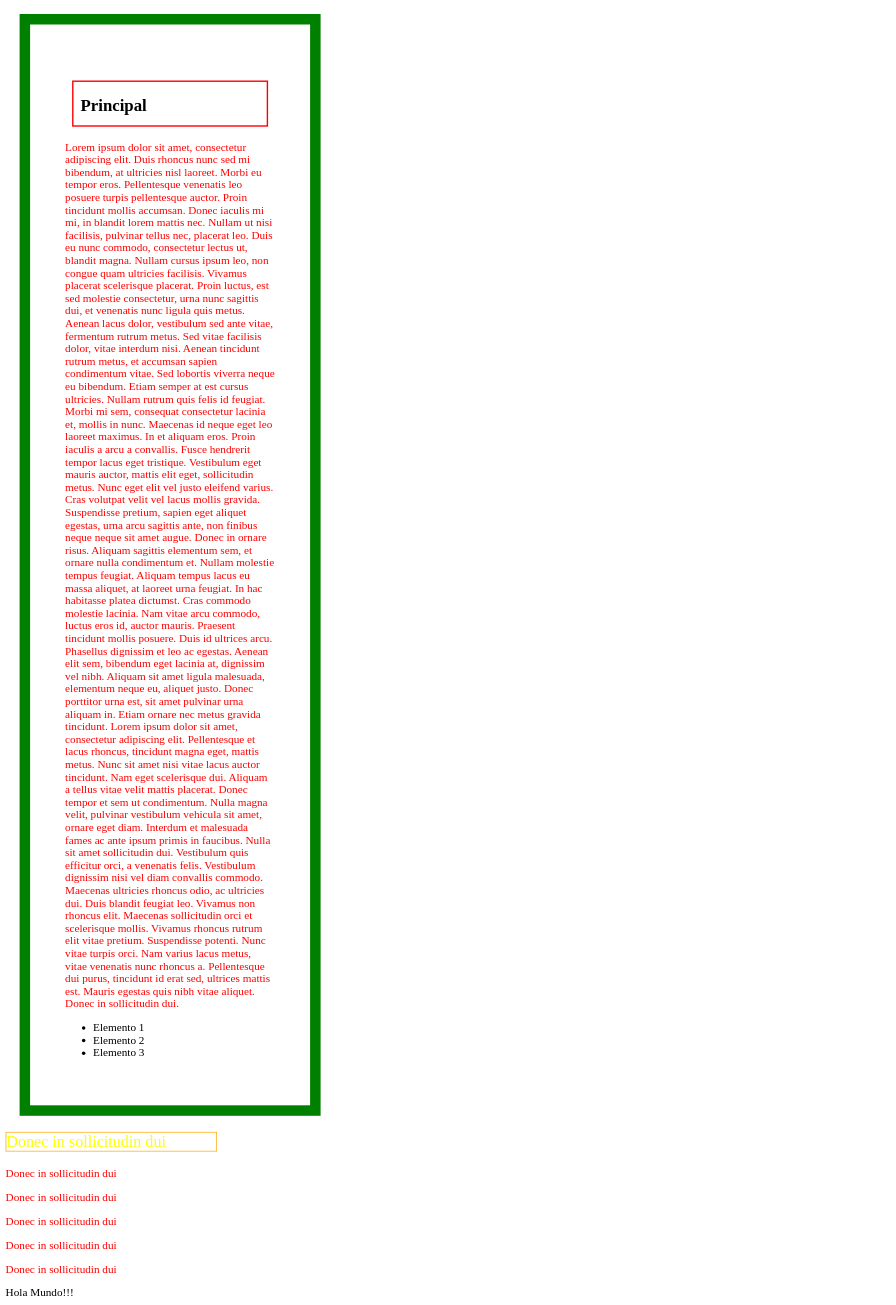
Repository: PabloSebastianPorto/Entrega-CV-1-ARG-PROG
Page: css.html
These files come from the project's save history. The page is drawn as it stood at one moment and after the next save; the edit follows.
The browser window is 1280 px wide. The pictures show the whole page, at 70% of full size.

Above is the page before, as saved 2023-01-18 10:32:33.

After the next save:
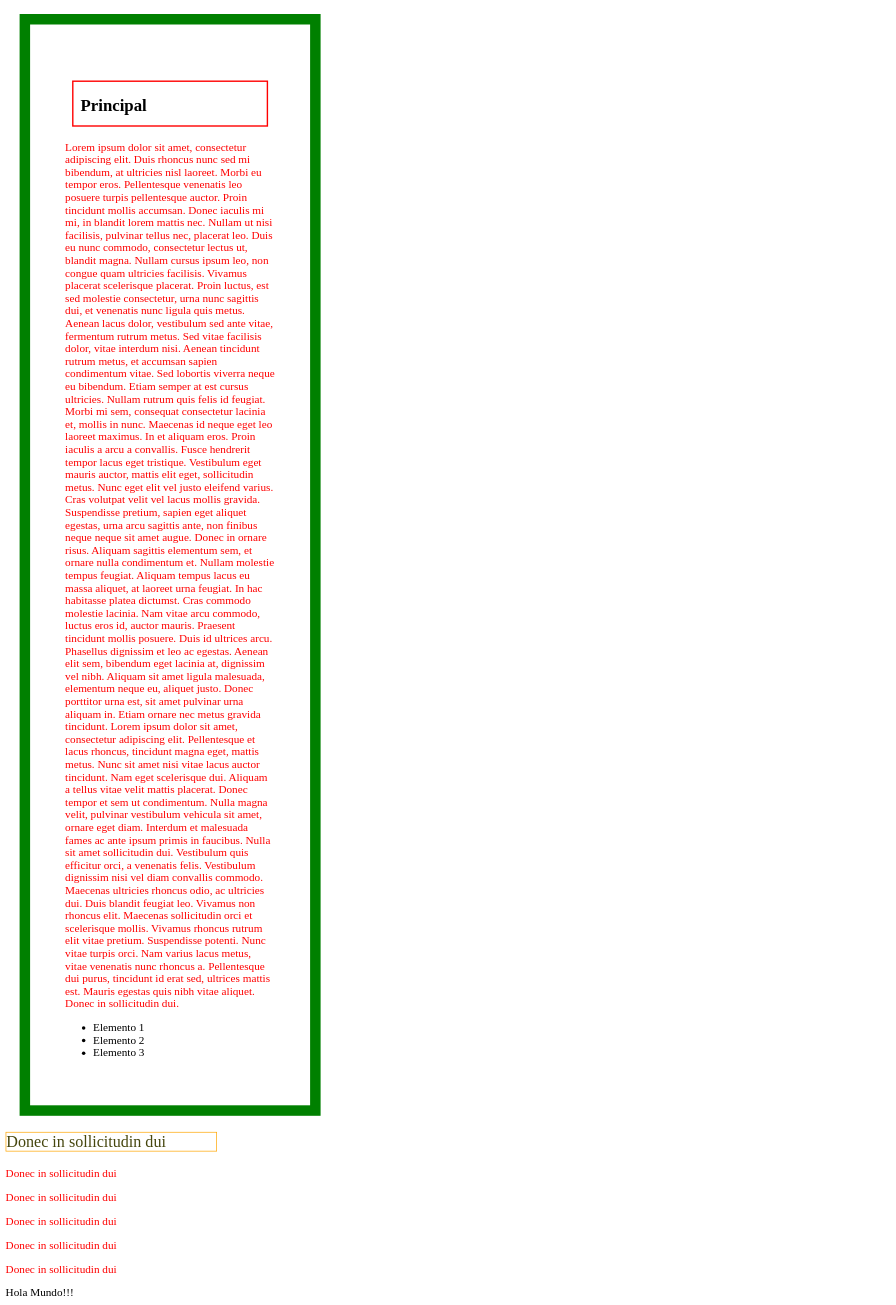
Saved 40 s later.
--- a/CSS/Styles.css
+++ b/CSS/Styles.css
@@ -27,7 +27,7 @@ section {
 }
 
 #mi_parrafo {
-  color: yellow;
+  color: rgb(70, 70, 14);
   font-size: 23px;
   border: 1px solid orange;
 }
